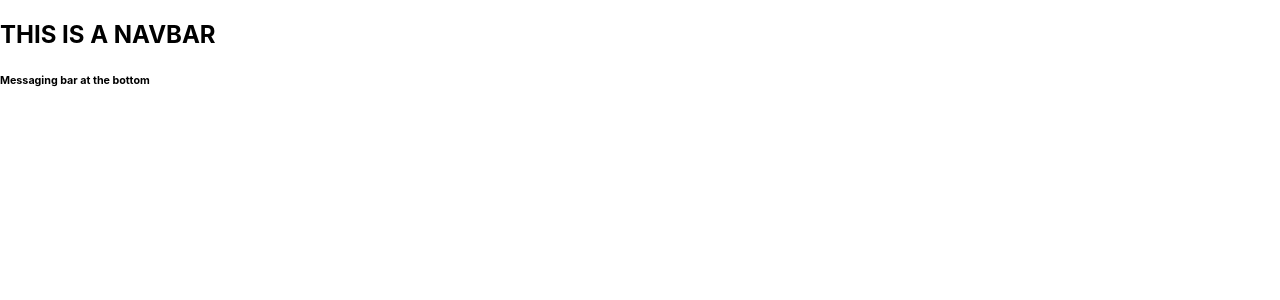
Repository: react-for-web-developers/03-react-components
Page: / (app in exercises/linkedin/)
These files come from the project's save history. The page is drawn as it stood at one moment and after a run of saves; the edit follows.
The browser window is 1280 px wide. The pictures show the whole page.
The project was rebuilt for these pictures with package versions that can differ from the ones it lists, and the page was loaded fresh each time. Also part of the build but not shown: exercises/linkedin/src/App.css.

Above is the page before, as saved 2021-10-13 22:53:50.

### exercises/linkedin/src/App.js
import './App.css';
import NavBar from './components/NavBar';
import Messaging from './components/Messaging';

function App() {
  return (
    <div>
      <NavBar/>
      <Messaging/>
    </div>
  );
}

export default App;

### exercises/linkedin/src/components/NavBar.js
import React from 'react'

export default function NavBar() {
    return (
        <div>
            <h2>THIS IS A NAVBAR</h2>
        </div>
    )
}

### exercises/linkedin/src/components/Messaging.js
import React from 'react'

export default function Messaging() {
    return (
        <div>
            <h6>Messaging bar at the bottom</h6>
        </div>
    )
}

Loaded but not shown: exercises/linkedin/public/index.html (common file); exercises/linkedin/src/index.js (common file); exercises/linkedin/src/index.css (common file); exercises/linkedin/src/reportWebVitals.js (common file)

After the next 2 saves:
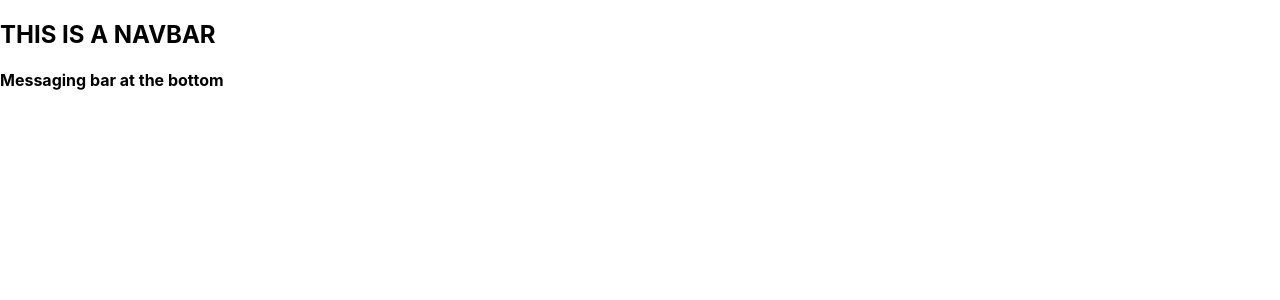
The 2 saves are shown as one change because they came seconds apart.
The last was saved 10 s later.
--- a/exercises/linkedin/src/components/Messaging.js
+++ b/exercises/linkedin/src/components/Messaging.js
@@ -3,7 +3,7 @@ import React from 'react'
 export default function Messaging() {
     return (
         <div>
-            <h6>Messaging bar at the bottom</h6>
+            <h4>Messaging bar at the bottom</h4>
         </div>
     )
 }
